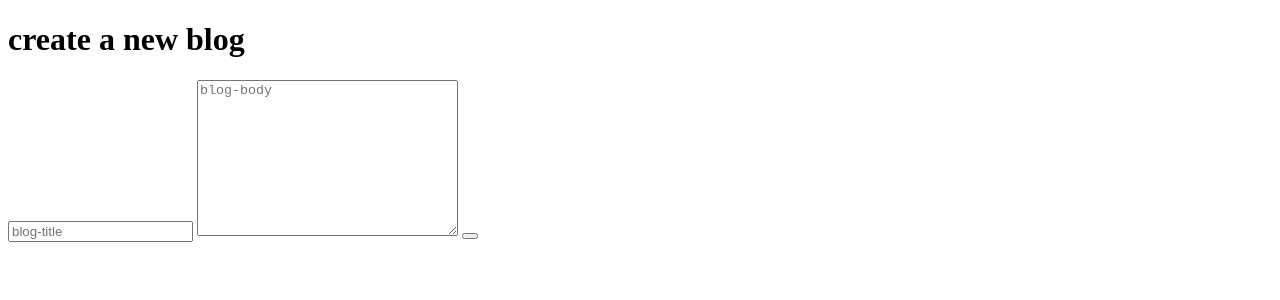
Repository: bilelsalemdev/json
Page: create.html
The author's editor kept a copy of each file at every save. The page is drawn from the files as they stood at one save, then again after the next save.
The browser window is 1280 px wide. The pictures show the whole page.

Above is the page before, as saved 2022-07-23 08:28:35.

### create.html
<!DOCTYPE html>
<html lang="en">
<head>
    <meta charset="UTF-8">
    <meta http-equiv="X-UA-Compatible" content="IE=edge">
    <meta name="viewport" content="width=device-width, initial-scale=1.0">
    <title>Document</title>
</head>
<body>
    <h1>create a new blog</h1>
    <form action="post">
    <input type="text" name="title" placeholder="blog-title">
    <textarea name="body" id="body" cols="30" rows="10" placeholder="blog-body"></textarea>
    <button></button>
    </form>

</body>
</html>

After the next save:
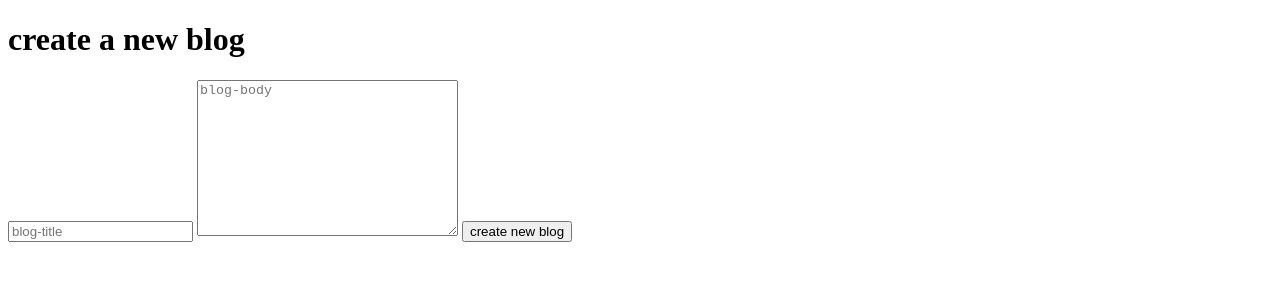
Saved 14 s later.
--- a/create.html
+++ b/create.html
@@ -11,7 +11,7 @@
     <form action="post">
     <input type="text" name="title" placeholder="blog-title">
     <textarea name="body" id="body" cols="30" rows="10" placeholder="blog-body"></textarea>
-    <button></button>
+    <button>create new blog</button>
     </form>
 
 </body>
